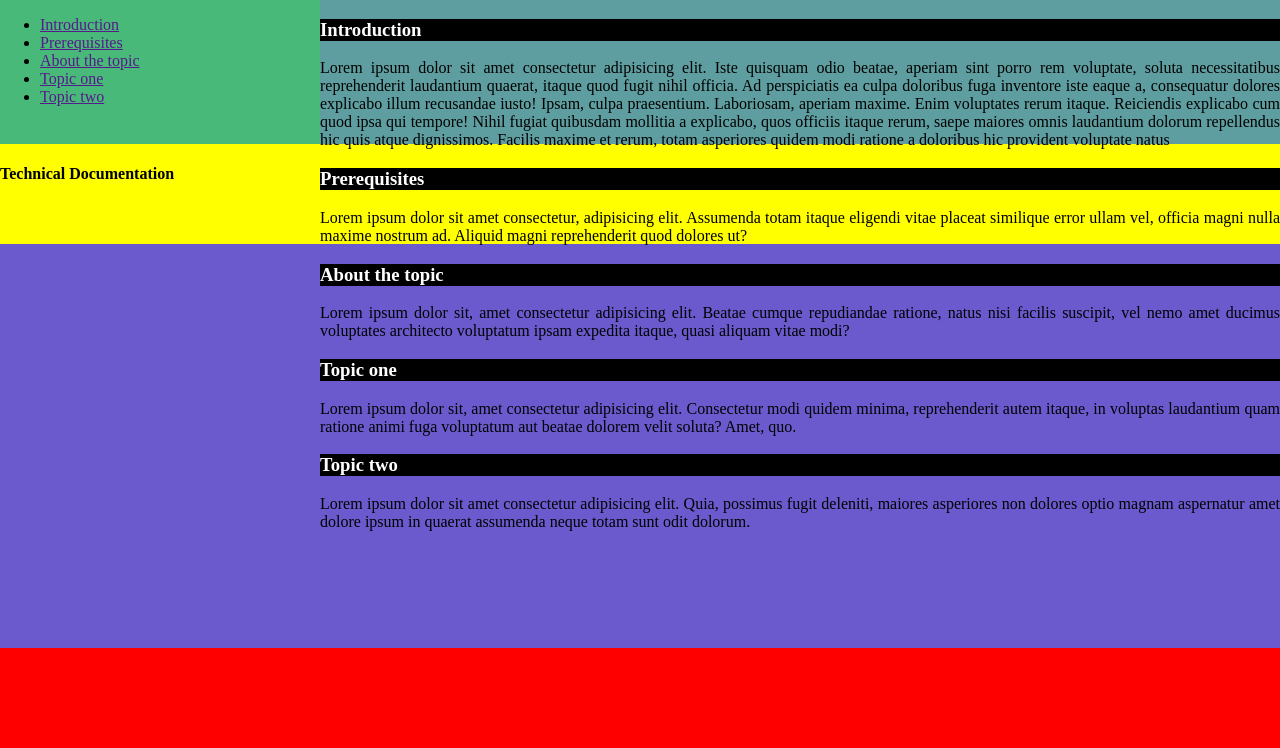
Repository: JoaoLemesDEV/Excercise-Tech-Documentation-Page
Page: index.html
These files come from the project's save history. The page is drawn as it stood at one moment and after the next save; the edit follows.
The browser window is 1280 px wide. The pictures show the whole page.

Above is the page before, as saved 2021-10-03 21:47:41.

After the next save:
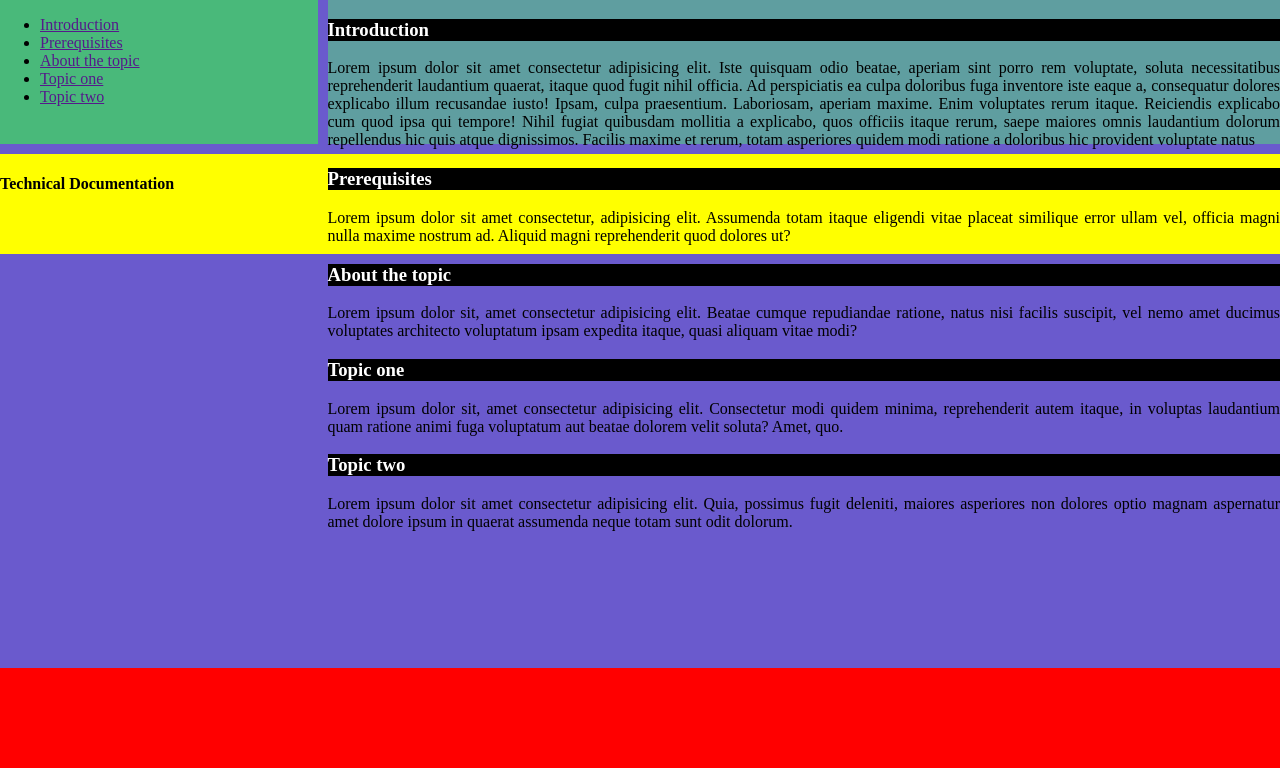
Saved 5 s later.
--- a/index.css
+++ b/index.css
@@ -9,7 +9,7 @@ html body{
     display: grid;
     grid-template-columns: 1fr 3fr;
     grid-template-rows: 20vh 70vh 10vh;
-    grid-gap: ;
+    grid-gap: 10px ;
 }
 
 header{
